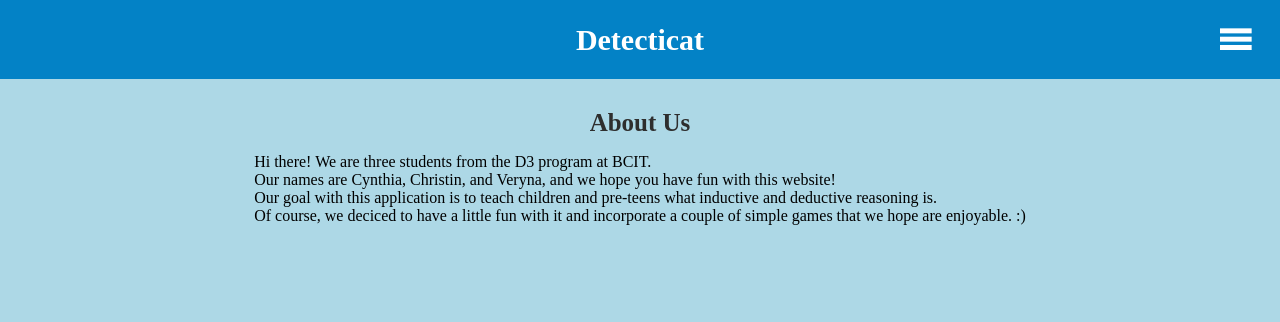
Repository: cynthiahcheng/Detecticat
Page: about page/about-us.html
An editor plug-in stored every save of this project. The page is shown before and after the next save, followed by the edit.
The browser window is 1280 px wide. The pictures show the whole page.

Above is the page before, as saved 2020-03-14 21:47:17.

After the next save:
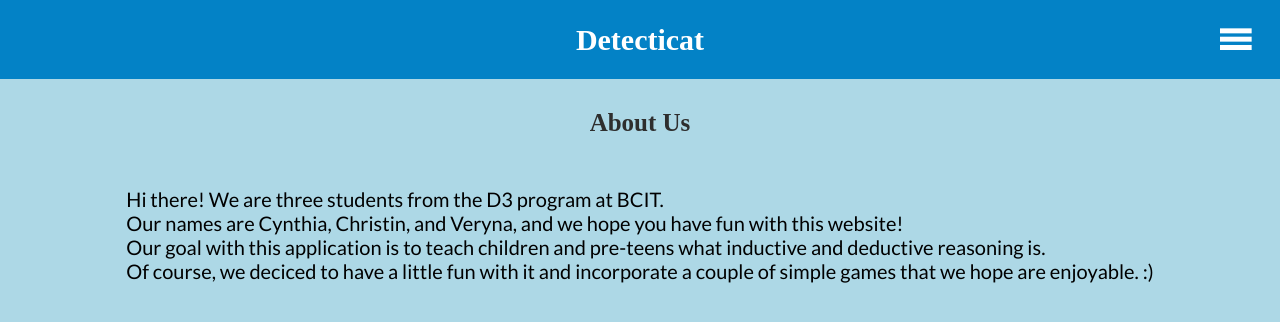
Saved 15 s later.
--- a/about page/about-us.html
+++ b/about page/about-us.html
@@ -5,6 +5,7 @@
     <meta charset="UTF-8">
     <meta name="viewport" content="width=device-width, initial-scale=1.0">
     <link href="https://fonts.googleapis.com/icon?family=Material+Icons" rel="stylesheet">
+    <link href="https://fonts.googleapis.com/css?family=Lato&display=swap" rel="stylesheet">
     <link rel="stylesheet" href="about-us.css" type="text/css" />
     <title>Detecticat</title>
 </head>
@@ -30,7 +31,7 @@
     <div id="app">
         <div class="info">
             <div class="subhead">About Us</div>
-            <div id="description">
+            <div class="description">
                 <P> Hi there! We are three students from the D3 program at BCIT. <br>
                     Our names are Cynthia, Christin, and Veryna, and we hope you have fun with this website! <br>
                     Our goal with this application is to teach children and pre-teens what inductive and deductive reasoning is. <br>
